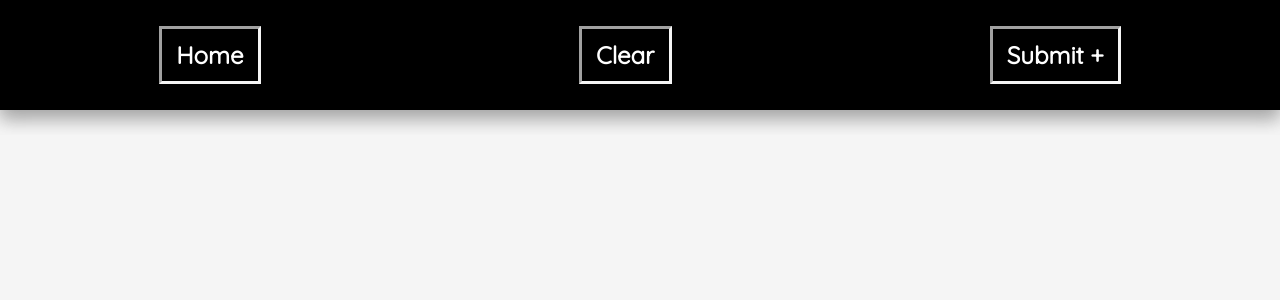
Repository: rickypcyt/ricky-react-portfolio
Page: /WebMural
The author's editor kept a copy of each file at every save. The page is drawn from the files as they stood at one save, then again after the next save.
The browser window is 1280 px wide. The pictures show the whole page.
The project was rebuilt for these pictures with package versions that can differ from the ones it lists, and the page was loaded fresh each time. Also part of the build but not shown: src/Content.js, src/pages/Info.js, src/pages/Projects.js, src/pages/Contact.js, src/pages/NotesJS.js.

Above is the page before, as saved 2022-09-12 14:45:11.

### src/index.js
import React from "react";
import ReactDOM from "react-dom/client";
import "./index.css";
import App from "./App";
import reportWebVitals from "./reportWebVitals";
import { BrowserRouter, Routes, Route, Switch } from "react-router-dom";

const root = ReactDOM.createRoot(document.getElementById("root"));
root.render(
  <React.StrictMode>
    <BrowserRouter>
      <App />
    </BrowserRouter>
  </React.StrictMode>
);

// If you want to start measuring performance in your app, pass a function
// to log results (for example: reportWebVitals(console.log))
// or send to an analytics endpoint. Learn more: https://bit.ly/CRA-vitals
reportWebVitals();

### src/index.css
@import url("https://fonts.googleapis.com/css2?family=Quicksand");

input[type="file"] {
  display: none;
}
.container {
  top: 0%;
  left: 0%;
}
::marker {
  display: none;
}
.image-container {
  width: 100%;
  margin: auto;
  display: flex;
  flex-direction: row;
  justify-content: space-evenly;
  gap: 15px;
  padding: 10px;
}
body {
  line-height: 1;
  font-family: "Quicksand";
  font-size: large;
  margin: 2%;
  padding: 1%;
  border-style: double;
  margin-top: 3%;
  background: #ac946e;
}
ol {
  list-style: none;
  display: flex;
  padding: 0;
  justify-content: space-between;
  align-items: flex-start;
  display: flex;
  flex-wrap: wrap;
  align-content: center;
}
.content {
  position: absolute;
  right: calc(var(--pad) * 2);
  bottom: calc(var(--pad) * 2);
  white-space: nowrap;
}
.parrafo {
  line-height: 1.5;
  text-align: end;
  font-size: larger;
}
.parrafo span {
  display: block;
}
.titulo {
  margin: 0;
}
.oli {
  font-weight: bold;
  border-style: solid;
  font-size: x-large;
  padding: 1ch;
}
.descripcion {
  font-weight: lighter;
  font-style: oblique;
}
.oli:hover {
  color: black;
  border-style: dotted;
}
.page {
  padding-top: 2%;
  padding-bottom: 3%;
}
.pageContact {
  padding-top: 8%;
  padding-bottom: 9%;
}
.cabeceranavi {
  padding-bottom: 1%;
}
p {
  font-weight: bold;
}
a {
  color: black;
  text-decoration: none;
  padding: 0ch;
}
span {
  font-size: larger;
}
li {
  width: 7%;
  height: 10%;
}
ul {
  list-style-type: none;
  margin: 0%;
  display: flex;
  align-items: center;
  flex-direction: row;
  padding-top: 5%;
  padding-bottom: 5%;
  padding-left: 0%;
  justify-content: space-around;
}
.imagenes {
  display: block;
  height: auto;
  width: auto;
  padding-top: 5%;
  padding-bottom: 5%;
}

.imagenesproyect {
  position: relative;
}
.fixer {
  display: flex;
  flex-direction: row;
  justify-content: space-evenly;
  padding-bottom: 3%;
}
.overlay {
  position: absolute;
  top: 0.83cm;

  background: rgb(0, 0, 0);
  background: rgb(2, 0.3, 0.9, 0.6); /* Black see-through */
  color: #f1f1f1;
  width: 100%;
  transition: 0.5s ease;
  color: white;
  text-align: center;
  font-size: 20px;
  padding-top: 20px;
  padding-bottom: 20px;
  opacity: 0;
}
.imagenesproyect:hover .overlay {
  opacity: 1;
}
.overlay2 {
  position: absolute;
  bottom: 8%;
  background: rgb(0, 0, 0);
  background: rgba(40, 40, 40, 0.6); /* Black see-through */
  color: #f1f1f1;
  width: 100%;
  transition: 0.5s ease;
  color: white;
  text-align: center;
  font-size: 20px;
  padding-top: 20px;
  padding-bottom: 20px;
  opacity: 0;
}
.imagenesproyect:hover .overlay2 {
  opacity: 1;
}

.homeinfo {
  font-size: x-large;
}

@media screen and (max-width: 1340px) {
  .fixer {
    flex-direction: column;
    justify-content: center;
  }
  .imagenes {
    height: auto;
    width: 100%;
  }
  ol {
  }
}

.image-container {
  width: auto;
  margin: auto;
  /* display: flex; */
  flex-wrap: wrap;
  gap: 15px;
  padding: 10px;
}

.image-container img {
  max-width: 100%;
  max-height: 225px;
}

.container .image-container .image {
  border: 4px solid black;
  overflow: hidden;
  /* cursor: pointer; */
}

.container .image-container .image img {
  height: 100%;
  width: 100%;
}
@media (max-width: 700px) {
  .image-container img {
    max-height: -10px;
  }
}

.image:hover {
  transform: scale(1.15); /* (150% zoom - Note: if the zoom is too large, it will go outside of the viewport) */
}

.oli:hover {
  transform: scale(1.15); /* (150% zoom - Note: if the zoom is too large, it will go outside of the viewport) */
}

### src/App.js
import Content from "./Content";
import Info from "./pages/Info";
import Projects from "./pages/Projects";
import Contact from "./pages/Contact";
import WebMural from "./pages/WebMural";
import NotesJS from "./pages/NotesJS";
import { Route, Routes, Switch } from "react-router-dom";

function App() {
  return (
    <>
      <Routes>
        <Route path="/" element={<Content />}/>
        <Route path="/Projects" element={<Projects />} />
        <Route path="/Info" element={<Info />} />
        <Route path="/Contact" element={<Contact />} />
        <Route path="/WebMural" element={<WebMural />} />
        <Route path="/NotesJS" element={<NotesJS />} />
      </Routes>
    </>
  );
}
export default App;

### src/pages/WebMural.js
import React, { useState } from "react";
import "../csswebmural.css";

import { Link, useMatch, useResolvedPath } from "react-router-dom";

const UploadAndDisplayImage = () => {
  const [selectedFiles, setSelectedFiles] = useState([]);
  const handleImageChange = (e) => {
    setSelectedFiles([]);
    if (e.target.files) {
      const filesArray = Array.from(e.target.files).map((file) =>
        URL.createObjectURL(file)
      );
      setSelectedFiles((prevImages) => prevImages.concat(filesArray));
      Array.from(e.target.files).map((file) => URL.revokeObjectURL(file));
    }
  };

  const renderPhotos = (source) => {
    return source.map((photo) => {
      return (
        <div class="container">
          <figure class="image-container">
            <img className="image" src={photo} alt="" key={photo} />
          </figure>
        </div>
      );
    });
  };

  return (
    <main>
      <nav className="cabeceranavi">
        <ol>
          <div CustomLink="/" className="oli">
            Home
          </div>
          <nav className="oli" onClick={() => handleImageChange(null)}>
            Clear
          </nav>
          <label for="upload-button">
            <nav>
              <input
                type="file"
                id="upload-button"
                multiple="multiple"
                accept="image/*"
                onChange={handleImageChange}
              />
              <div class="oli"> Submit + </div>
            </nav>
          </label>
        </ol>
      </nav>
      {selectedFiles && (
        <div className="paddingimxd">
          <div class="image-container">{renderPhotos(selectedFiles)}</div>
        </div>
      )}
    </main>
  );
};

export default UploadAndDisplayImage;

function CustomLink({ to, children, ...props }) {
  const resolvedPath = useResolvedPath(to);
  const isActive = useMatch({ path: resolvedPath.pathname, end: true });
  return (
    <li className={isActive ? "active" : ""}>
      <Link to={to} {...props}>
        {children}
      </Link>
    </li>
  );
}

### src/csswebmural.css
@import url("https://fonts.googleapis.com/css2?family=Quicksand");

input[type="file"] {
  display: none;
}
.container {
  top: 0%;
  left: 0%;
}
::marker {
  display: none;
}
.paddingimxd {
  padding-top: 2%;
}
.image-container {
  width: 100%;
  margin: auto;
  display: flex;
  flex-direction: row;
  justify-content: space-evenly;
  gap: 15px;
  padding: 10px;
  background-color: whitesmoke;
}
html {
  background: whitesmoke;
}

body {
  line-height: 1;
  font-family: "Quicksand";
  font-size: large;
  margin: 0%;
  padding: 0%;
  background: whitesmoke;
    border-style: none;
}
main {
  top: 10%;
}
ol {
  list-style: none;
  display: flex;
  padding: 0;
  align-items: flex-start;
  justify-content: space-around;
  display: flex;
  flex-wrap: wrap;
  align-content: center;
  margin: 0;
}
.content {
  position: absolute;
  right: calc(var(--pad) * 2);
  bottom: calc(var(--pad) * 2);
  white-space: nowrap;
}
.parrafo {
  line-height: 1.5;
  text-align: end;
  font-size: larger;
}
.parrafo span {
  display: block;
}
.titulo {
  margin: 0;
}
.oli {
  font-weight: bold;
  border-style: inset;
  border-color: whitesmoke;
  color: white;

  font-size: x-large;
  padding: 1ch;
}
.descripcion {
  font-weight: lighter;
  font-style: oblique;
}
.oli:hover {
  color: whitesmoke;
  border-style: outset;
  border-color: whitesmoke;
}
.page {
  padding-top: 2%;
  padding-bottom: 3%;
}
.pageContact {
  padding-top: 8%;
  padding-bottom: 9%;
}
.cabeceranavi {
  padding-bottom: 2%;
  padding-top: 2%;
  background-color: black;
  box-shadow: 0 10px 16px 0 rgb(0 0 0 / 20%), 0 6px 20px 0 rgb(0 0 0 / 19%) !important;
}
p {
  font-weight: bold;
}
a {
  color: black;
  text-decoration: none;
  padding: 0ch;
}
span {
  font-size: larger;
}
li {
  width: 7%;
  height: 10%;
}
ul {
  list-style-type: none;
  margin: 0%;
  display: flex;
  align-items: center;
  flex-direction: row;
  padding-top: 5%;
  padding-bottom: 5%;
  padding-left: 0%;
  justify-content: space-around;
}
.imagenes {
  display: block;
  height: auto;
  width: auto;
  padding-top: 5%;
  padding-bottom: 5%;

}

.imagenesproyect {
  position: relative;
}
.fixer {
  display: flex;
  flex-direction: row;
  justify-content: space-evenly;
  padding-bottom: 3%;
}
.overlay {
  position: absolute;
  top: 0.83cm;

  background: rgb(0, 0, 0);
  background: rgb(2, 0.3, 0.9, 0.6); /* Black see-through */
  color: #f1f1f1;
  width: 100%;
  transition: 0.5s ease;
  color: white;
  text-align: center;
  font-size: 20px;
  padding-top: 20px;
  padding-bottom: 20px;
  opacity: 0;
}
.imagenesproyect:hover .overlay {
  opacity: 1;
}
.overlay2 {
  position: absolute;
  bottom: 8%;
  background: rgb(0, 0, 0);
  background: rgba(40, 40, 40, 0.6); /* Black see-through */
  color: #f1f1f1;
  width: 100%;
  transition: 0.5s ease;
  color: white;
  text-align: center;
  font-size: 20px;
  padding-top: 20px;
  padding-bottom: 20px;
  opacity: 0;
}
.imagenesproyect:hover .overlay2 {
  opacity: 1;
}

.homeinfo {
  font-size: x-large;
}

@media screen and (max-width: 1340px) {
  .fixer {
    flex-direction: column;
    justify-content: center;
  }
  .imagenes {
    height: auto;
    width: 100%;
  }
  ol {
  }
}

.image-container {
  width: auto;
  margin: auto;
  /* display: flex; */
  flex-wrap: wrap;
  gap: 15px;
  padding: 10px;
}

.image-container img {
  max-width: 100%;
  max-height: 225px;
}

.container .image-container .image {
  border: 4px solid black;
  overflow: hidden;

  /* cursor: pointer; */
}

.container .image-container .image img {
  height: 100%;
  width: 100%;
}
@media (max-width: 700px) {
  .image-container img {
    max-height: -10px;
  }
}

.image:hover {
  box-shadow: 0 10px 16px 0 rgb(0 0 0 / 20%), 0 6px 20px 0 rgb(0 0 0 / 19%) !important;

  transform: scale(
    1.15
  ); /* (150% zoom - Note: if the zoom is too large, it will go outside of the viewport) */
}

Loaded but not shown: public/index.html (common file); src/reportWebVitals.js (common file)

After the next save:
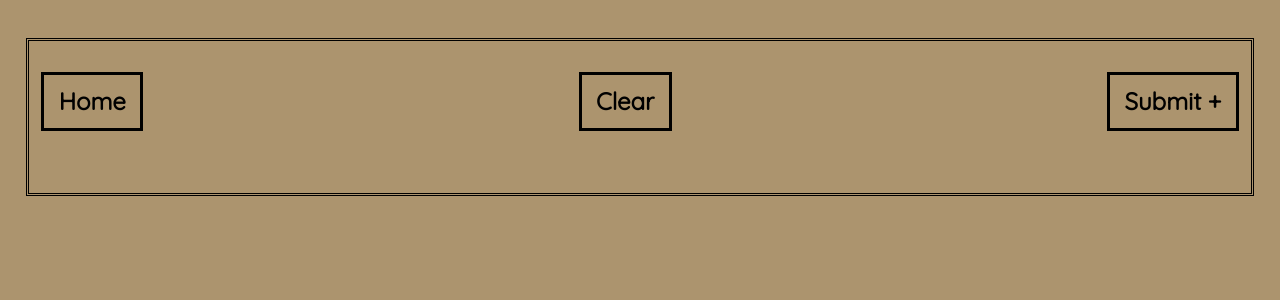
Saved 39 s later.
--- a/src/pages/WebMural.js
+++ b/src/pages/WebMural.js
@@ -1,5 +1,4 @@
 import React, { useState } from "react";
-import "../csswebmural.css";
 
 import { Link, useMatch, useResolvedPath } from "react-router-dom";
 
